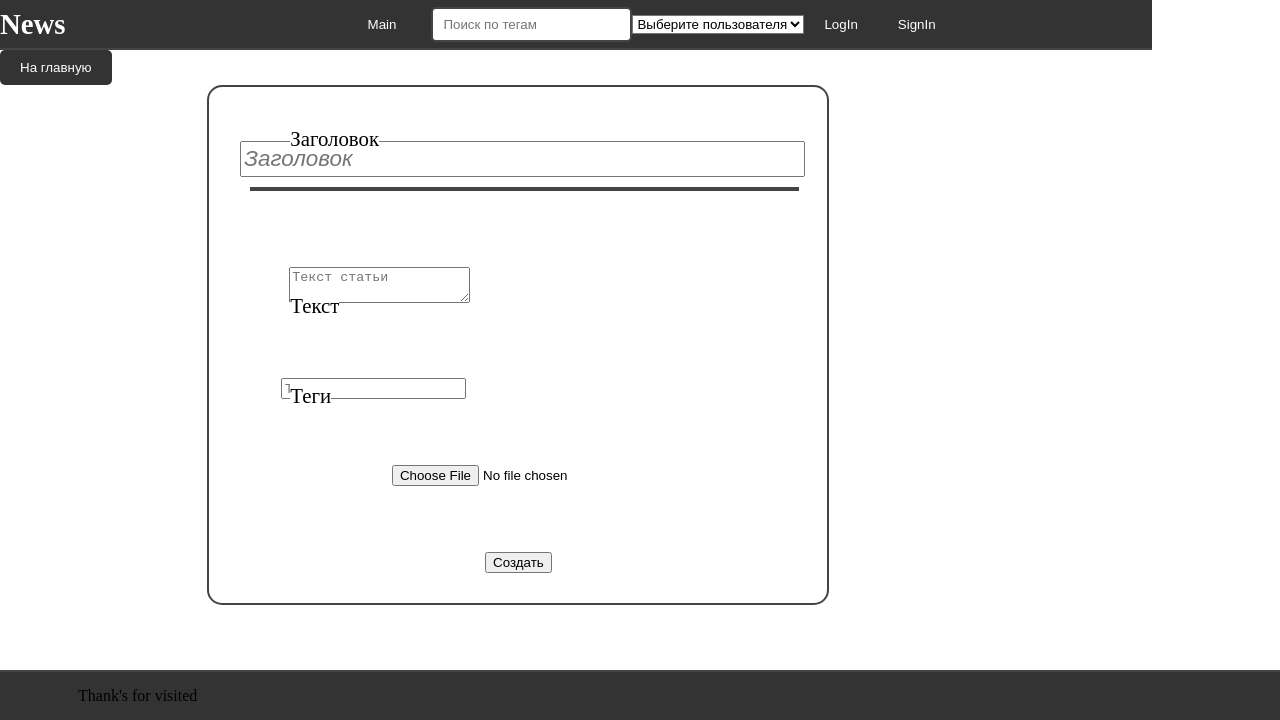
Repository: Igor-Blazhko/news_frontend
Page: /CreatePost
The author's editor kept a copy of each file at every save. The page is drawn from the files as they stood at one save, then again after the next save.
The browser window is 1280 px wide. The pictures show the whole page.
The project was rebuilt for these pictures with package versions that can differ from the ones it lists, and the page was loaded fresh each time. Also part of the build but not shown: vite.config.ts, src/components/allPost/onePost/onePost.module.css, src/components/allPost/onePost/onePost.tsx, src/components/allPost/allPost.tsx, src/components/auth/logIn/login.module.css, src/components/auth/logIn/login.tsx, src/components/auth/register/register.tsx, src/components/pageOnePost/comments/comment.tsx and 2 more.

Above is the page before, as saved 2024-07-15 16:25:24.

After the next save:
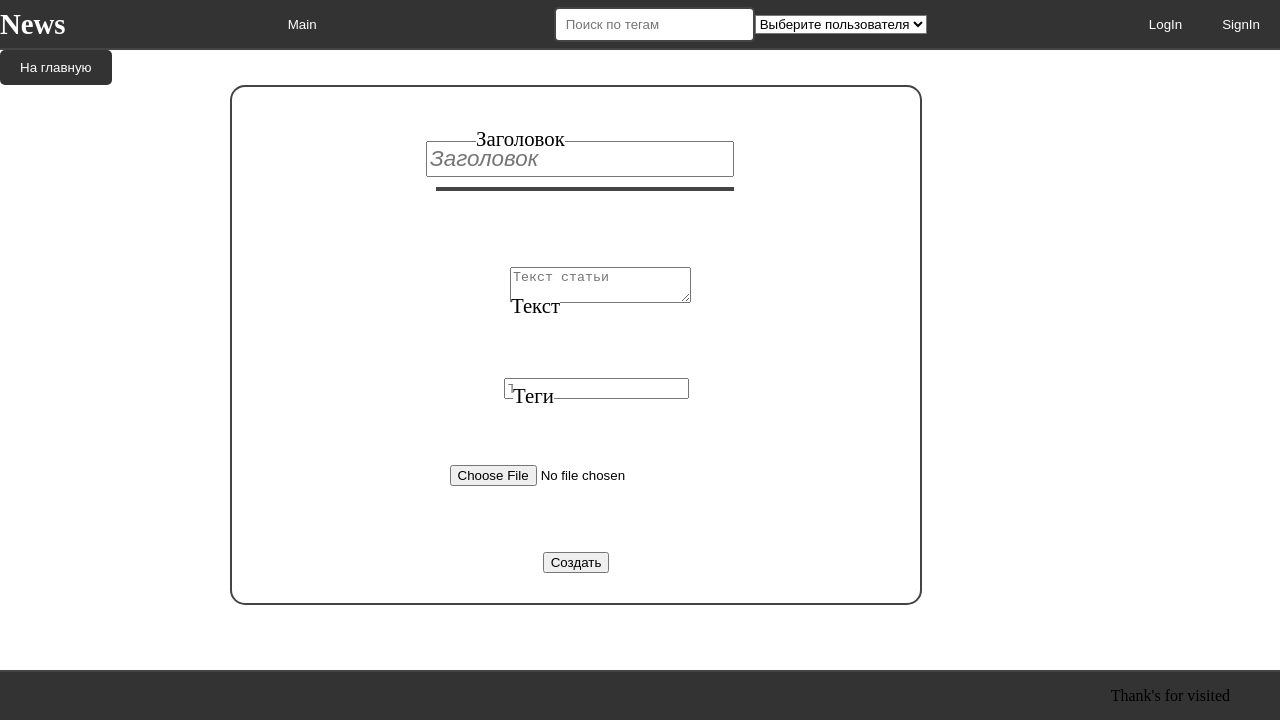
Saved 11 s later.
--- a/src/components/createPost/createPost.module.css
+++ b/src/components/createPost/createPost.module.css
@@ -12,7 +12,7 @@
     box-sizing: border-box;
 }
 
-div{
+main>div{
     width: 90%;
 }
 
